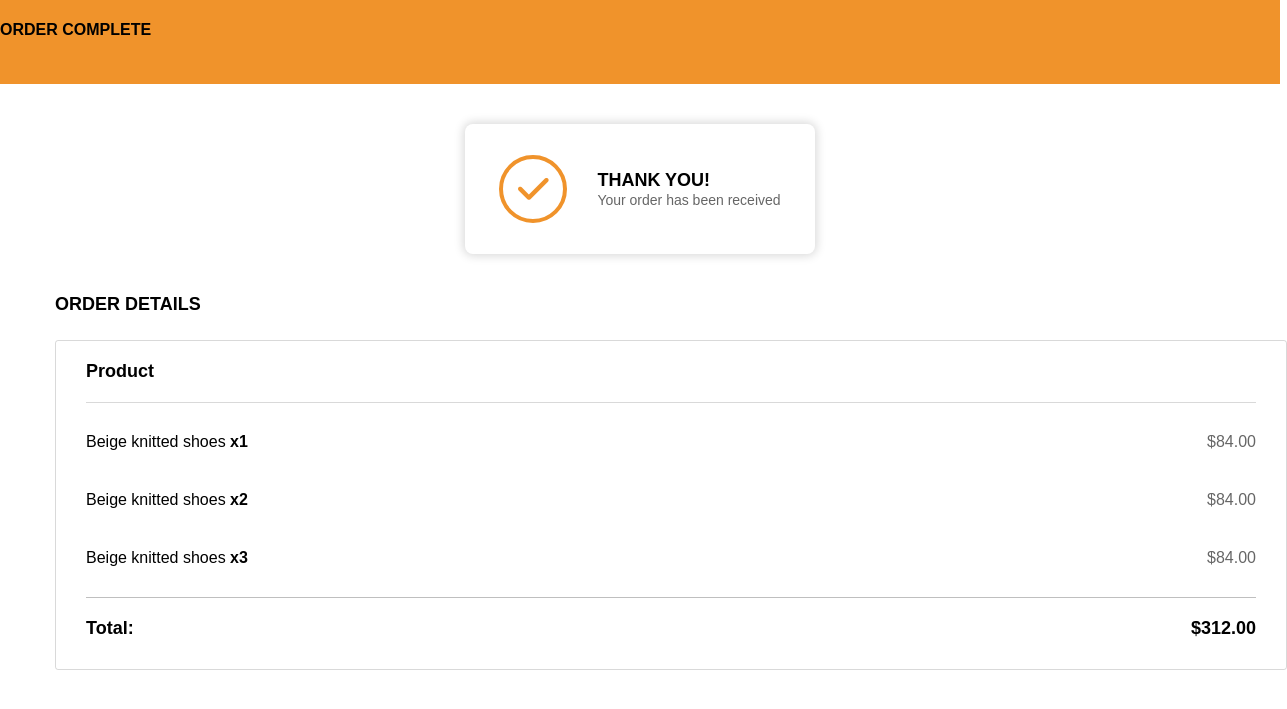
Repository: NguyenDucHung20002/project-homev1
Page: checkout/checkout.html
These files come from the project's save history. The page is drawn as it stood at one moment and after the next save; the edit follows.
The browser window is 1280 px wide. The page is 1287 px wide, so the pictures cover 1287 px, including what lies to the right of the window. The pictures show the whole page.
The style sheet was rebuilt from its Sass, Less or Tailwind sources for each picture, by a compiler version that may differ from the author's.

Above is the page before, as saved 2022-09-20 10:27:21.

After the next save:
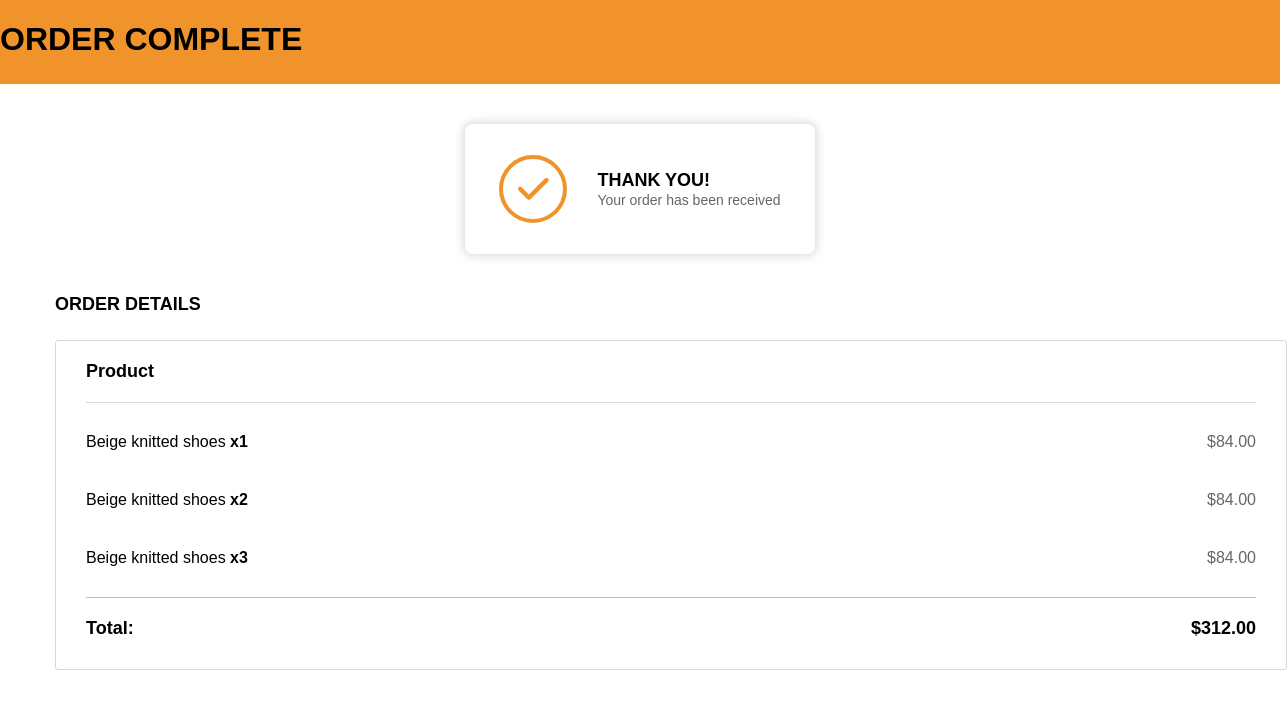
Saved 9 s later.
--- a/checkout/checkout.html
+++ b/checkout/checkout.html
@@ -14,7 +14,7 @@
 
 <body>
     <header>
-        <h4>ORDER COMPLETE</h4>
+        <h1>ORDER COMPLETE</h1>
     </header>
 
     <div class="content">
